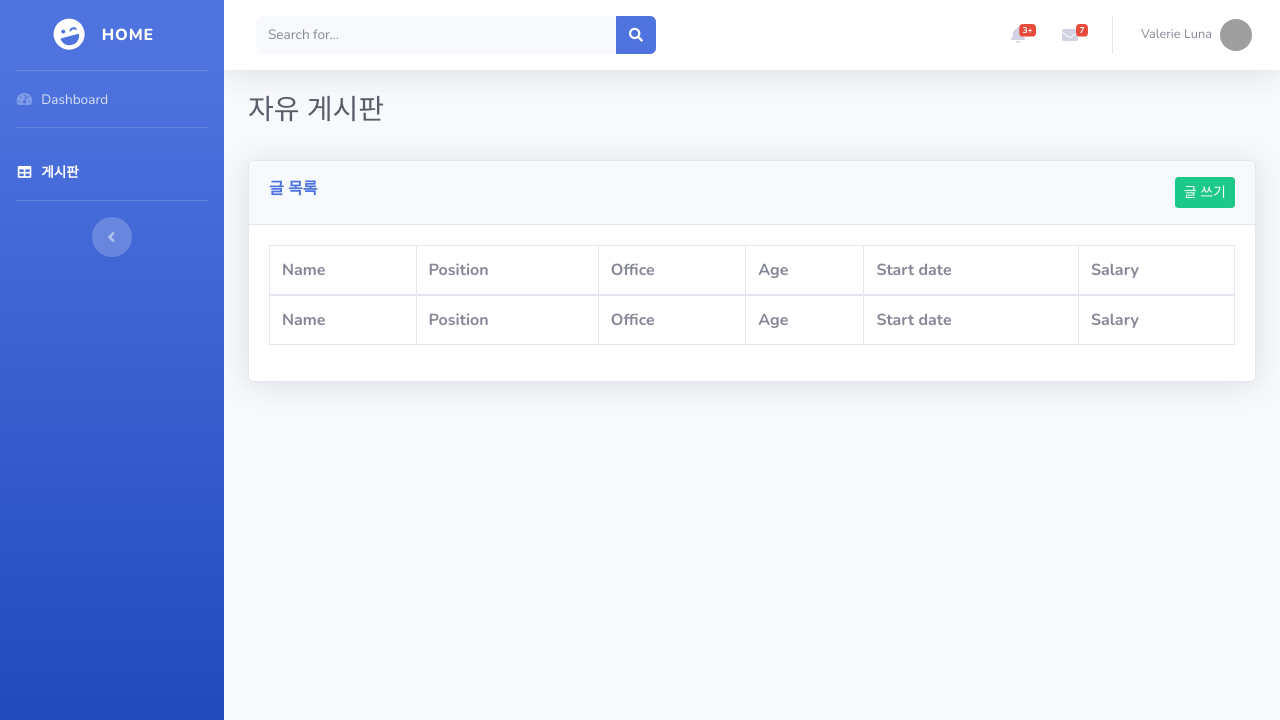
Repository: superThisMe/spring-basic
Page: http://localhost/06.spring-board-a/WEB-INF/views/board/list.jsp
An editor plug-in stored every save of this project. The page is shown before and after the next save, followed by the edit.
The browser window is 1280 px wide. The pictures show the whole page.
Pictures or frames that could not be fetched are drawn as grey boxes. The page is served by Tomcat 9. Nobody is signed in. The template is opened directly, without the code that normally fills it, so the values that code supplies are empty.

Above is the page before, as saved 2019-12-23 04:04:58.
Console error: TypeError: Cannot read properties of null (reading 'length')

After the next save:
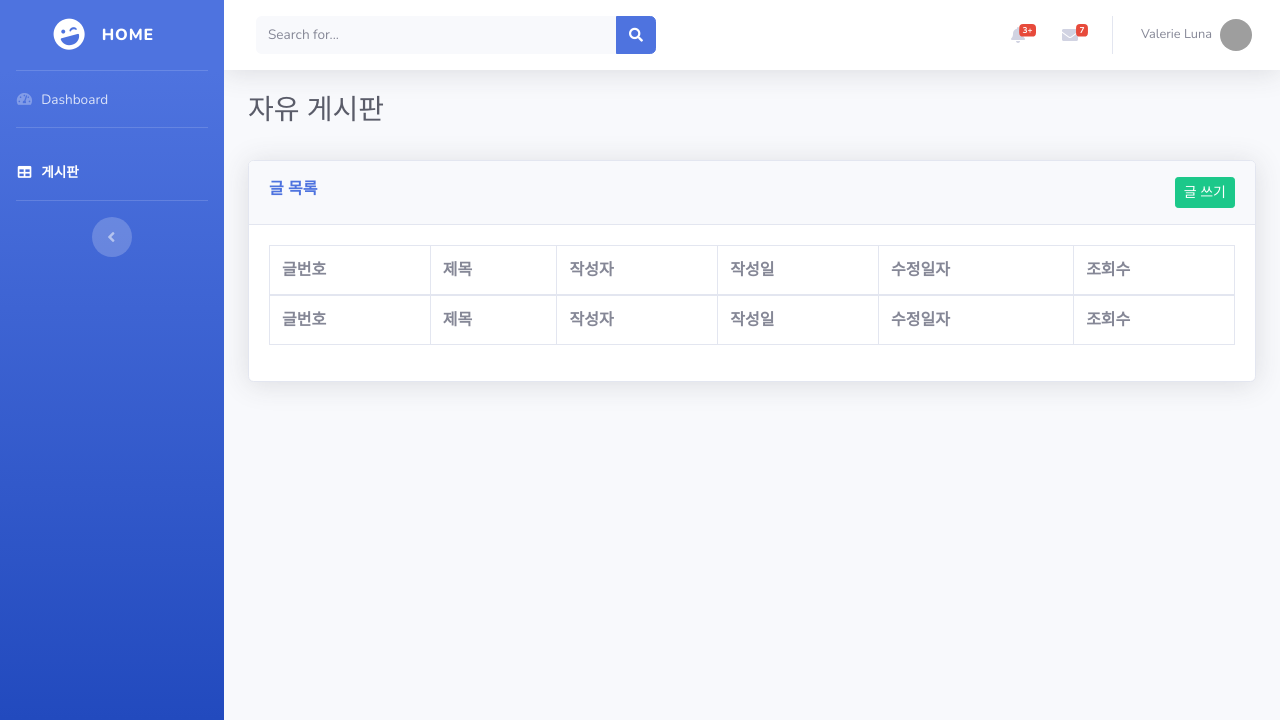
Saved 7 min 12 s later.
--- a/06.spring-board-a/src/main/webapp/WEB-INF/views/board/list.jsp
+++ b/06.spring-board-a/src/main/webapp/WEB-INF/views/board/list.jsp
@@ -1,102 +1,106 @@
-<%@ page pageEncoding="utf-8" contentType="text/html; charset=utf-8" %>
+<%@ page pageEncoding="utf-8" contentType="text/html; charset=utf-8"%>
 
 <!DOCTYPE html>
 <html lang="ko">
 
 <head>
 
-  <meta charset="utf-8">
-  <meta http-equiv="X-UA-Compatible" content="IE=edge">
-  <meta name="viewport" content="width=device-width, initial-scale=1, shrink-to-fit=no">
-  <meta name="description" content="">
-  <meta name="author" content="">
+<meta charset="utf-8">
+<meta http-equiv="X-UA-Compatible" content="IE=edge">
+<meta name="viewport"
+	content="width=device-width, initial-scale=1, shrink-to-fit=no">
+<meta name="description" content="">
+<meta name="author" content="">
 
-  <title>SB Admin 2 - Dashboard</title>
+<title>SB Admin 2 - Dashboard</title>
 
-  <!-- Custom fonts for this template-->
-  <link href="/spring-board-a/resources/vendor/fontawesome-free/css/all.min.css" rel="stylesheet" type="text/css">
-  <link href="https://fonts.googleapis.com/css?family=Nunito:200,200i,300,300i,400,400i,600,600i,700,700i,800,800i,900,900i" rel="stylesheet">
+<!-- Custom fonts for this template-->
+<link
+	href="/spring-board-a/resources/vendor/fontawesome-free/css/all.min.css"
+	rel="stylesheet" type="text/css">
+<link
+	href="https://fonts.googleapis.com/css?family=Nunito:200,200i,300,300i,400,400i,600,600i,700,700i,800,800i,900,900i"
+	rel="stylesheet">
 
-  <!-- Custom styles for this template-->
-  <link href="/spring-board-a/resources/css/sb-admin-2.min.css" rel="stylesheet">
+<!-- Custom styles for this template-->
+<link href="/spring-board-a/resources/css/sb-admin-2.min.css"
+	rel="stylesheet">
 
 </head>
 
 <body id="page-top">
 
-  <!-- Page Wrapper -->
-  <div id="wrapper">
+	<!-- Page Wrapper -->
+	<div id="wrapper">
 
-    <jsp:include page="/WEB-INF/views/modules/sidebar.jsp" />
+		<jsp:include page="/WEB-INF/views/modules/sidebar.jsp" />
 
-    <!-- Content Wrapper -->
-    <div id="content-wrapper" class="d-flex flex-column">
+		<!-- Content Wrapper -->
+		<div id="content-wrapper" class="d-flex flex-column">
 
-      <!-- Main Content -->
-      <div id="content">
+			<!-- Main Content -->
+			<div id="content">
 
-        <jsp:include page="/WEB-INF/views/modules/topbar.jsp" />
+				<jsp:include page="/WEB-INF/views/modules/topbar.jsp" />
 
-        <!-- Begin Page Content -->
-        <div class="container-fluid">
+				<!-- Begin Page Content -->
+				<div class="container-fluid">
 
-          <!-- Page Heading -->
-          <h1 class="h3 mb-2 text-gray-800">자유 게시판</h1>
-          <br>
+					<!-- Page Heading -->
+					<h1 class="h3 mb-2 text-gray-800">자유 게시판</h1>
+					<br>
 
-          <!-- DataTales Example -->
-          <div class="card shadow mb-4">
-            <div class="card-header py-3">
-              <span class="m-0 font-weight-bold text-primary">글 목록</span>
-              <a href="write.action"
-              	 class="btn btn-success btn-sm" style="float:right">
-              	<span class="text">글 쓰기</span>
-              </a>
+					<!-- DataTales Example -->
+					<div class="card shadow mb-4">
+						<div class="card-header py-3">
+							<span class="m-0 font-weight-bold text-primary">글 목록</span> <a
+								href="write.action" class="btn btn-success btn-sm"
+								style="float: right"> <span class="text">글 쓰기</span>
+							</a>
 
-            </div>
-            <div class="card-body">
-              <div class="table-responsive">
-                <table class="table table-bordered" id="dataTable" width="100%" cellspacing="0">
-                  <thead>
-                    <tr>
-                      <th>Name</th>
-                      <th>Position</th>
-                      <th>Office</th>
-                      <th>Age</th>
-                      <th>Start date</th>
-                      <th>Salary</th>
-                    </tr>
-                  </thead>
-                  <tfoot>
-                    <tr>
-                      <th>Name</th>
-                      <th>Position</th>
-                      <th>Office</th>
-                      <th>Age</th>
-                      <th>Start date</th>
-                      <th>Salary</th>
-                    </tr>
-                  </tfoot>
-                  <tbody>
-                  </tbody>
-                 </table>
-              </div>
-            </div>
-          </div>
+						</div>
+						<div class="card-body">
+							<div class="table-responsive">
+								<table class="table table-bordered" id="dataTable" width="100%"
+									cellspacing="0">
+									<thead>
+										<tr>
+											<th>글번호</th>
+											<th>제목</th>
+											<th>작성자</th>
+											<th>작성일</th>
+											<th>수정일자</th>
+											<th>조회수</th>
+										</tr>
+									</thead>
+									<tbody>
+										<tr>
+											<th>글번호</th>
+											<th>제목</th>
+											<th>작성자</th>
+											<th>작성일</th>
+											<th>수정일자</th>
+											<th>조회수</th>
+										</tr>
+									</tbody>
+								</table>
+							</div>
+						</div>
+					</div>
 
-        </div>
-        <!-- /.container-fluid -->
+				</div>
+				<!-- /.container-fluid -->
 
-      </div>
-      <!-- End of Main Content -->
+			</div>
+			<!-- End of Main Content -->
 
-    </div>
-    <!-- End of Content Wrapper -->
+		</div>
+		<!-- End of Content Wrapper -->
 
-  </div>
-  <!-- End of Page Wrapper -->
+	</div>
+	<!-- End of Page Wrapper -->
 
-  <%@include file="/WEB-INF/views/modules/common-js.jsp" %>
+	<%@include file="/WEB-INF/views/modules/common-js.jsp"%>
 
 </body>
 
